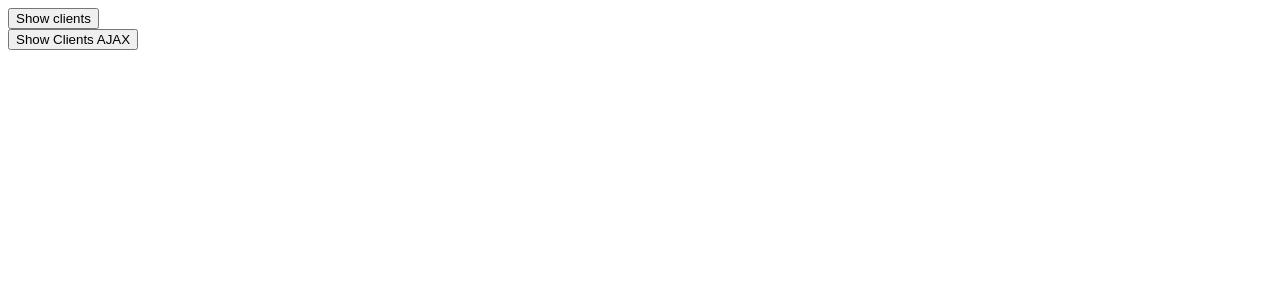
Repository: motiejus1/16-paskaita-PHP-05.31
Page: http://localhost/
The author's editor kept a copy of each file at every save. The page is drawn from the files as they stood at one save, then again after the next save.
The browser window is 1280 px wide. The pictures show the whole page.
After loading, the first visible `#show` was clicked once.
The page is run by PHP 8.4 with error messages shown; the project is at /var/www/html/. Queries for data that is not in the repository find no rows.

Above is the page before, as saved 2021-09-08 19:02:27.

After the next save:
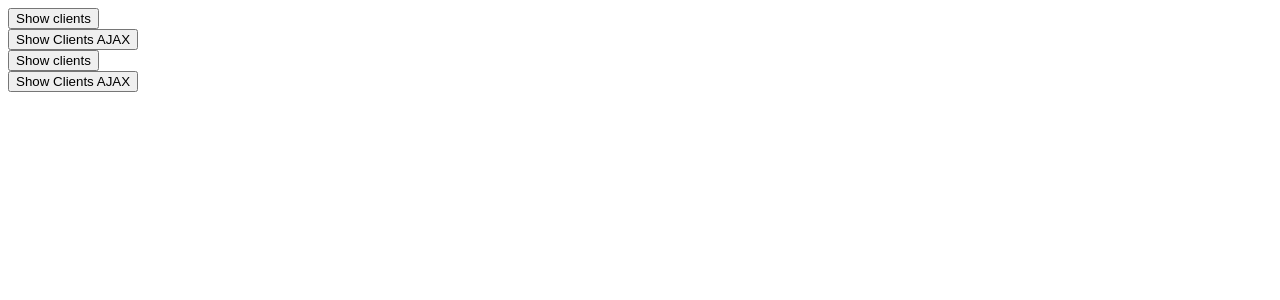
Saved 8 min 7 s later.
--- a/script.js
+++ b/script.js
@@ -16,7 +16,7 @@
         }
     };
 
-    xhttp.open("POST", "action.php", true);
+    xhttp.open("POST", "index.php", true);
     xhttp.send();
 
 });

After the save that followed:
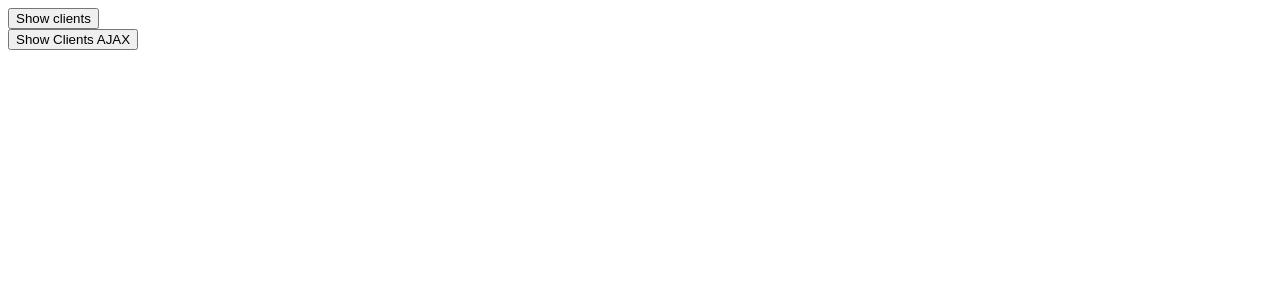
Saved 87 s later.
--- a/script.js
+++ b/script.js
@@ -16,7 +16,7 @@
         }
     };
 
-    xhttp.open("POST", "index.php", true);
+    xhttp.open("POST", "action.php", true);
     xhttp.send();
 
 });
